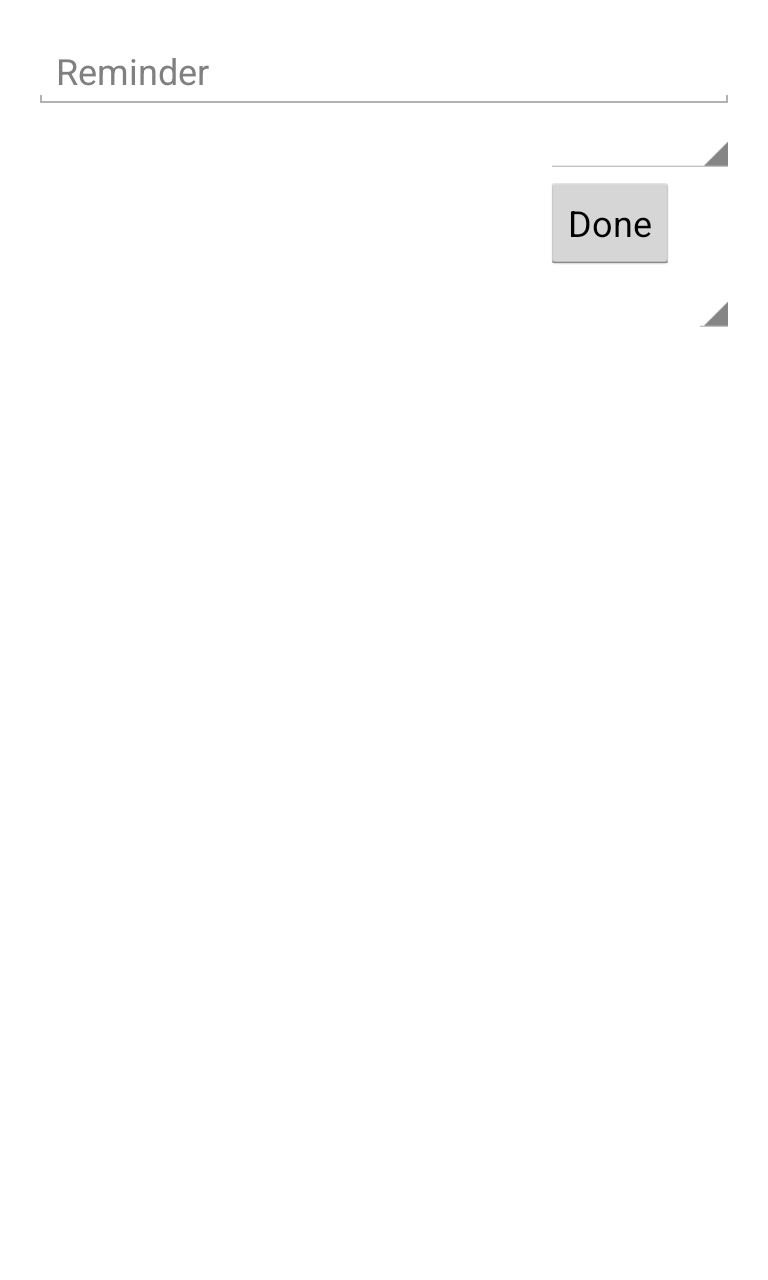
Repository: ericluo1123/myAndroidCode
Layout: SimpleRelativeLayout/res/layout/activity_main.xml
The author's editor kept a copy of each file at every save. The layout is drawn from the files as they stood at one save, then again after the next save.
It is drawn on a 768 x 1280 px phone screen (xhdpi) without system bars, with theme AppTheme; the app's code is not run.

Above is the layout before, as saved 2014-09-05 13:32:54.

### SimpleRelativeLayout/res/layout/activity_main.xml
<RelativeLayout xmlns:android="http://schemas.android.com/apk/res/android"
    xmlns:tools="http://schemas.android.com/tools"
    android:layout_width="match_parent"
    android:layout_height="match_parent"
    android:paddingBottom="@dimen/activity_vertical_margin"
    android:paddingLeft="@dimen/activity_horizontal_margin"
    android:paddingRight="@dimen/activity_horizontal_margin"
    android:paddingTop="@dimen/activity_vertical_margin"
    tools:context="com.example.simplerelativelayout.MainActivity" >

    <EditText
        android:id="@+id/editText1"
        android:layout_width="match_parent"
        android:layout_height="wrap_content"
        android:layout_alignParentTop="true"
        android:layout_centerHorizontal="true"
        android:ems="10"
        android:hint="Reminder" />

    <Spinner
        android:id="@+id/spinner2"
        android:layout_width="96dp"
        android:layout_height="wrap_content"
        android:layout_alignRight="@+id/editText1"
        android:layout_below="@+id/editText1" />

    <Button
        android:id="@+id/button1"
        android:layout_width="wrap_content"
        android:layout_height="wrap_content"
        android:layout_alignLeft="@+id/spinner2"
        android:layout_below="@+id/spinner2"
        android:text="Done" />

    <Spinner
        android:id="@+id/spinner1"
        android:layout_width="wrap_content"
        android:layout_height="wrap_content"
        android:layout_alignRight="@+id/spinner2"
        android:layout_below="@+id/button1" />

</RelativeLayout>

Loaded but not shown: SimpleRelativeLayout/res/values/styles.xml (common file); SimpleRelativeLayout/res/values-v11/styles.xml (common file); SimpleRelativeLayout/res/values-v14/styles.xml (common file); SimpleRelativeLayout/res/values/dimens.xml (common file); SimpleRelativeLayout/res/values-w820dp/dimens.xml (common file)

After the next save:
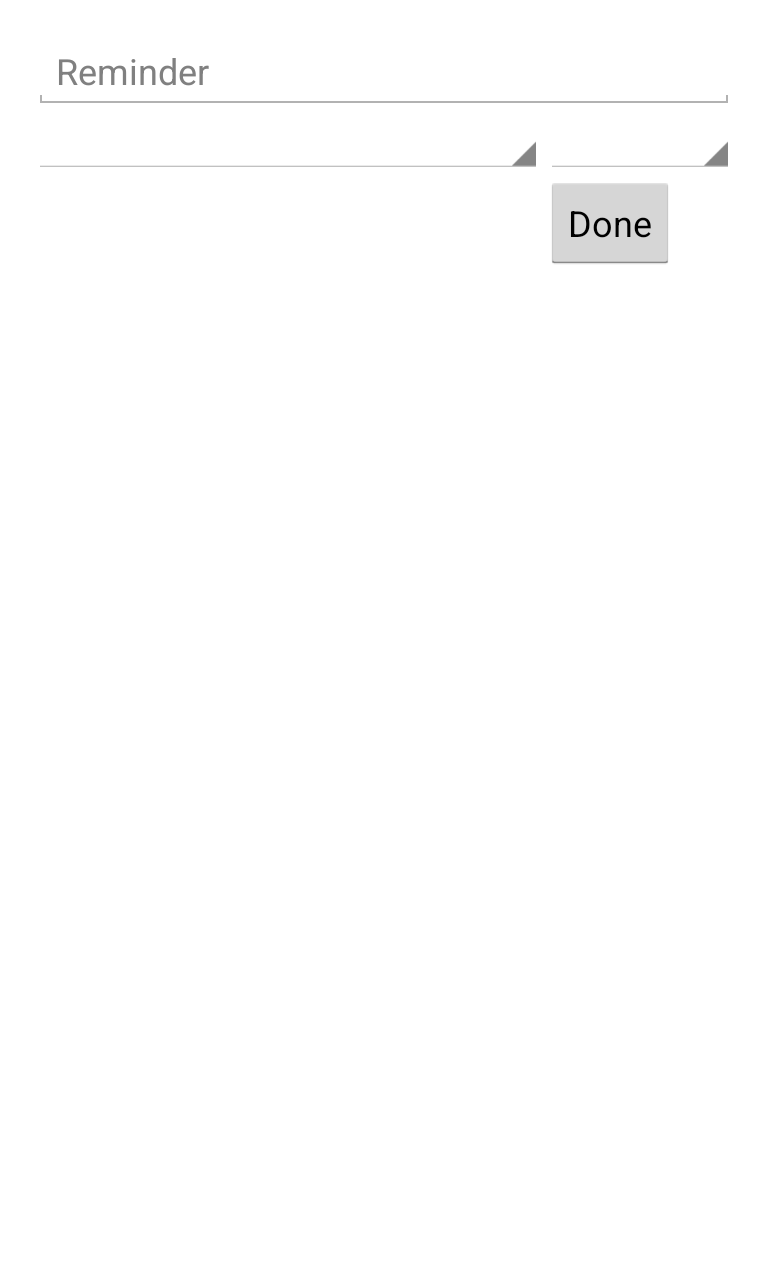
Saved 10 min 55 s later.
--- a/SimpleRelativeLayout/res/layout/activity_main.xml
+++ b/SimpleRelativeLayout/res/layout/activity_main.xml
@@ -36,7 +36,8 @@
         android:id="@+id/spinner1"
         android:layout_width="wrap_content"
         android:layout_height="wrap_content"
-        android:layout_alignRight="@+id/spinner2"
-        android:layout_below="@+id/button1" />
+        android:layout_alignLeft="@+id/editText1"
+        android:layout_below="@+id/editText1"
+        android:layout_toLeftOf="@id/spinner2" />
 
 </RelativeLayout>
